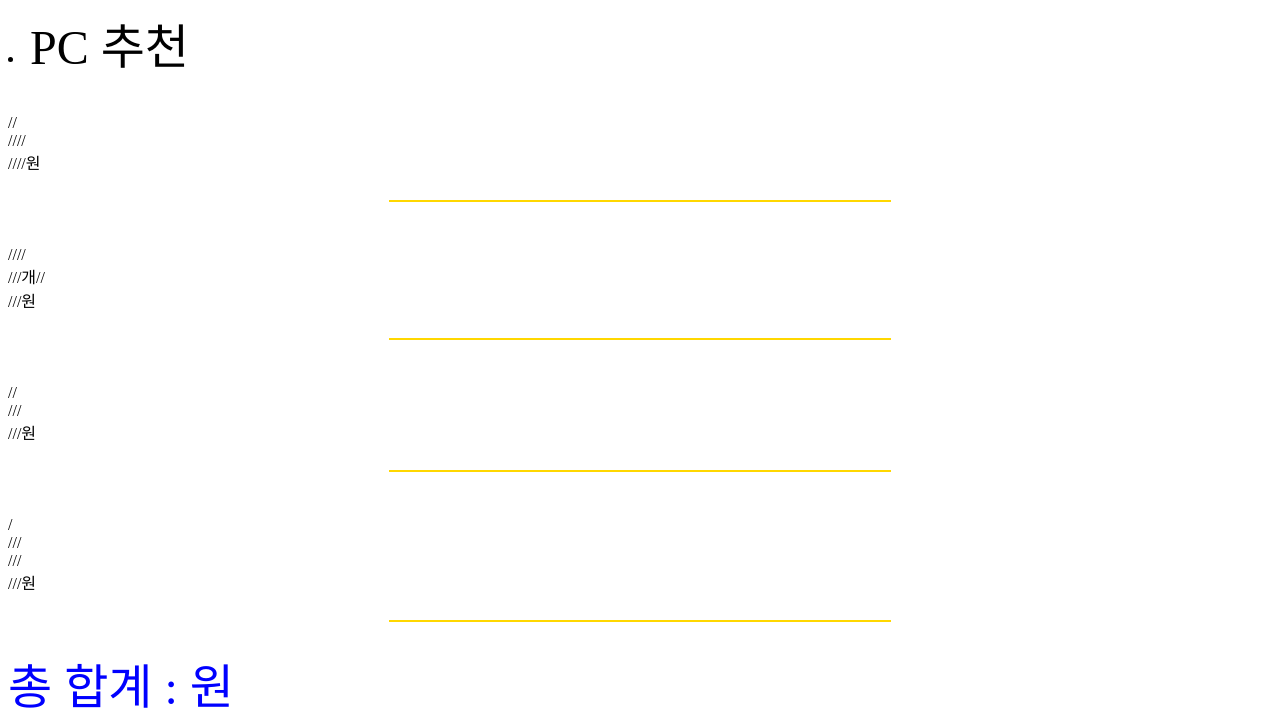
Repository: skywalker221-Minsoo/Java-project
Page: http://localhost/SecondProject/WEB-INF/views/random.jsp
These files come from the project's save history. The page is drawn as it stood at one moment and after the next save; the edit follows.
The browser window is 1280 px wide. The pictures show the whole page.
The page is served by Tomcat 9. Nobody is signed in. Other server files are loaded and not shown. The template is opened directly, without the code that normally fills it, so the values that code supplies are empty.

Above is the page before, as saved 2021-04-08 09:04:45.

### SecondProject/src/main/webapp/WEB-INF/views/random.jsp
<%@ page import="com.mega.project.CPUDAO"%>
<%@ page import="com.mega.project.CPUVO"%>
<%@ page import="com.mega.project.GraphicDAO"%>
<%@ page import="com.mega.project.GraphicVO"%>
<%@ page import="com.mega.project.MemoryDAO"%>
<%@ page import="com.mega.project.MemoryVO"%>
<%@ page import="com.mega.project.MainBoardDAO"%>
<%@ page import="com.mega.project.MainBoardVO"%>
<%@ page language="java" contentType="text/html; charset=UTF-8"
	pageEncoding="UTF-8"%>
<li id="ui-widget-recommand">
	<font size="30" color="black">PC 추천</font><br><br>
	<img src="${vo.img}"><br><br>
	${vo.subject}/${vo.company}/<br>
	${vo.indate}/${vo.sort}/${vo.socket}/${vo.generation}/<br>
	${vo.birth}/${vo.chipline}/${vo.pcie}/${vo.maxpcie}/${vo.fee}원<br><br>
	<hr color="gold" width="500px"><br>
	<img src="${vo4.img}"><br><br>
	${vo4.subject}/${vo4.company}/${vo4.indate}/${vo4.use}/<br>
	${vo4.classify}/${vo4.standard}/${vo4.capacity}/${vo4.pack}개/${vo4.clock}/<br>
	${vo4.ramtime}/${vo4.voltage}/${vo4.heatsink}/${vo4.fee}원<br><br>
	<hr color="gold" width="500px"><br>
	<img src="${vo3.img}"><br><br>
	${vo3.subject}/${vo3.company}/<br>
	${vo3.indate}/${vo3.socket}/${vo3.lineup}/<br>
	${vo3.chipset}/${vo3.factor}/${vo3.power}/${vo3.fee}원<br><br>
	<hr color="gold" width="500px"><br>
	<img src="${vo2.img}"><br><br>
	${vo2.subject}/<br>
	${vo2.company}/${vo2.indate}/${vo2.series}/<br>
	${vo2.chipline}/${vo2.chipset}/${vo2.base}/<br>
	${vo2.boost}/${vo2.cuda}/${vo2.itf}/${vo2.fee}원<br><br>
	<hr color="gold" width="500px"><br>
	<font size="20" color="blue">총 합계 : ${sum}원</font>
</li>

After the next save:
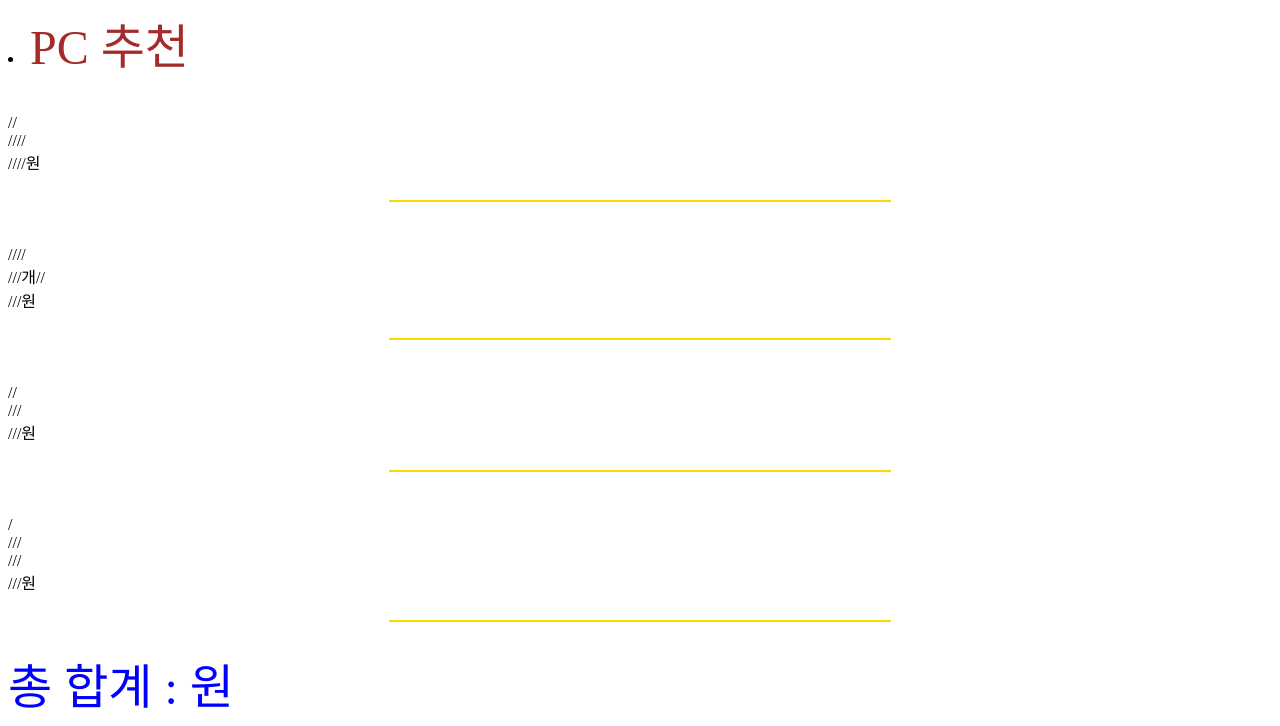
Saved 51 s later.
--- a/SecondProject/src/main/webapp/WEB-INF/views/random.jsp
+++ b/SecondProject/src/main/webapp/WEB-INF/views/random.jsp
@@ -9,7 +9,7 @@
 <%@ page language="java" contentType="text/html; charset=UTF-8"
 	pageEncoding="UTF-8"%>
 <li id="ui-widget-recommand">
-	<font size="30" color="black">PC 추천</font><br><br>
+	<font size="30" color="brown">PC 추천</font><br><br>
 	<img src="${vo.img}"><br><br>
 	${vo.subject}/${vo.company}/<br>
 	${vo.indate}/${vo.sort}/${vo.socket}/${vo.generation}/<br>
